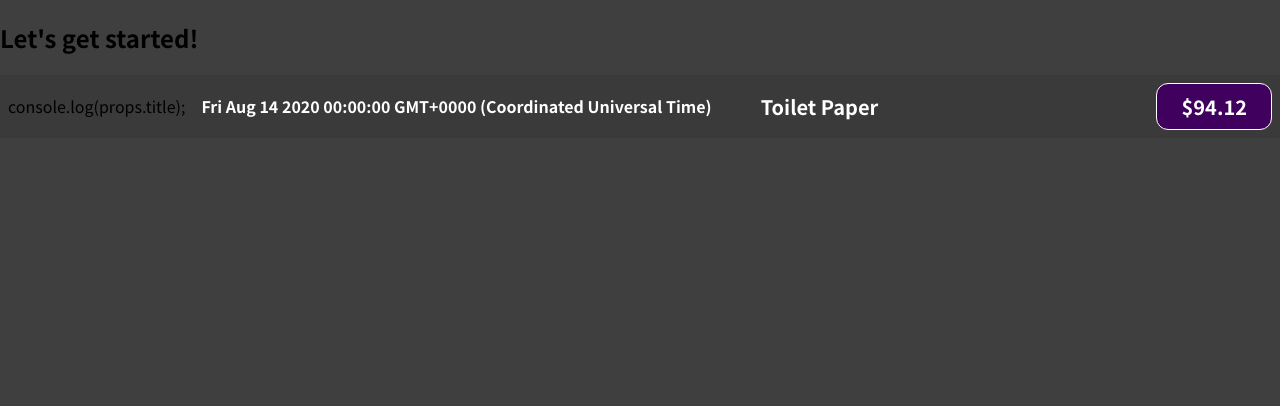
Repository: pial0007l/React
Page: / (app in 01-starting-setup/)
These files come from the project's save history. The page is drawn as it stood at one moment and after the next save; the edit follows.
The browser window is 1280 px wide. The pictures show the whole page.
The project was rebuilt for these pictures with package versions that can differ from the ones it lists, and the page was loaded fresh each time.

Above is the page before, as saved 2021-06-24 13:15:39.

After the next save:
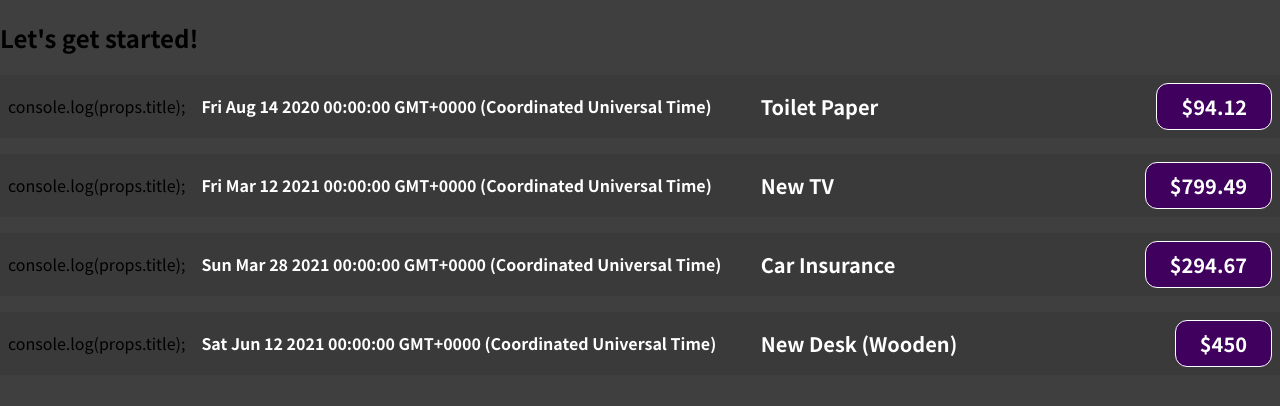
Saved 39 s later.
--- a/01-starting-setup/src/App.js
+++ b/01-starting-setup/src/App.js
@@ -31,6 +31,21 @@ function App() {
         date = {expenses[0].date}
         amount = {expenses[0].amount}
       />
+       <ExpenseItem
+        title = {expenses[1].title}
+        date = {expenses[1].date}
+        amount = {expenses[1].amount}
+      />
+       <ExpenseItem
+        title = {expenses[2].title}
+        date = {expenses[2].date}
+        amount = {expenses[2].amount}
+      />
+       <ExpenseItem
+        title = {expenses[3].title}
+        date = {expenses[3].date}
+        amount = {expenses[3].amount}
+      />
 
     </div>
   );
